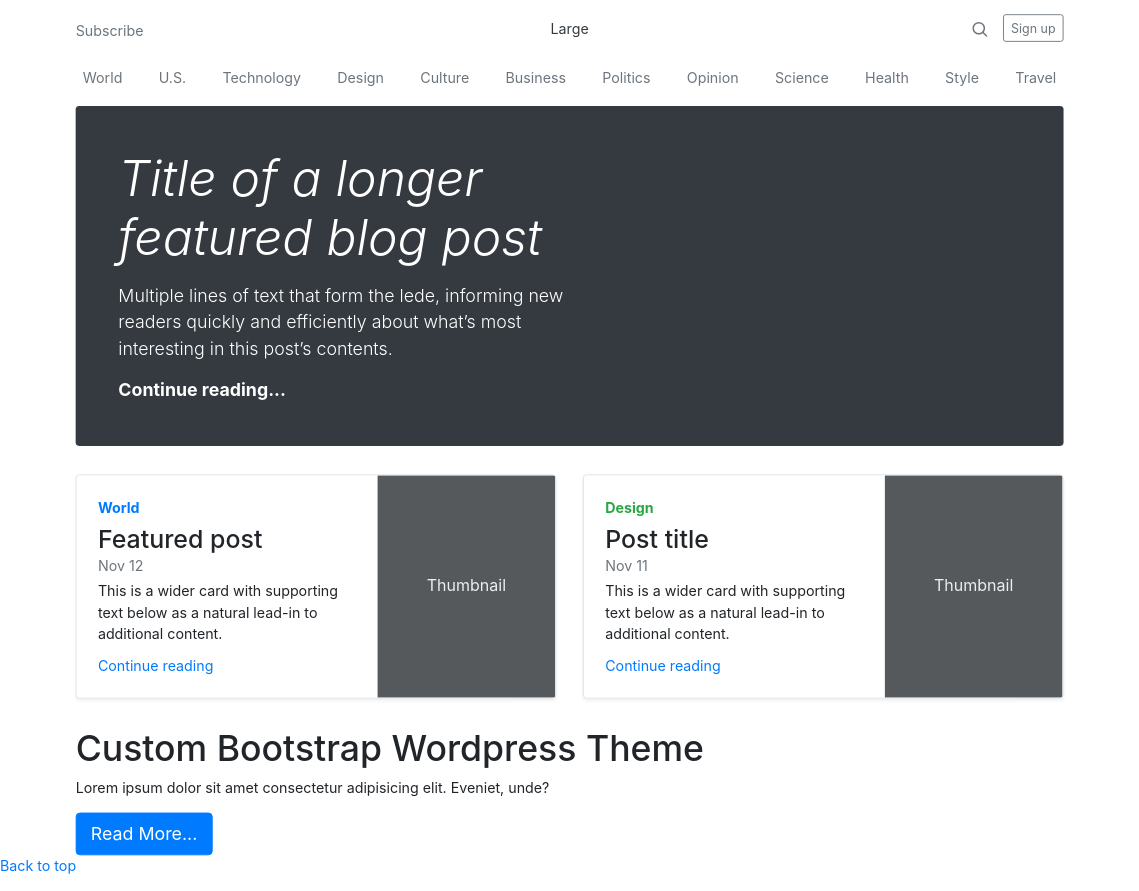
Repository: konstantin0s/wordpress-bootstrap
Page: Front.html
These files come from the project's save history. The page is drawn as it stood at one moment and after the next save; the edit follows.
The browser window is 1280 px wide. The pictures show the whole page, at 89% of full size.
Some web libraries are served in a nearby version.

Above is the page before, as saved 2019-05-14 18:09:33.

### Front.html

<!doctype html>
<html lang="en">
  <head>
    <meta charset="utf-8">
    <meta name="viewport" content="width=device-width, initial-scale=1, shrink-to-fit=no">
    <meta name="description" content="">
    <meta name="author" content="Mark Otto, Jacob Thornton, and Bootstrap contributors">
    <meta name="generator" content="Jekyll v3.8.5">
    <title>Blog Template · Bootstrap</title>

    <link rel="canonical" href="https://getbootstrap.com/docs/4.3/examples/blog/">

    <!-- Bootstrap core CSS -->
<link href="css/bootstrap.css" rel="stylesheet" integrity="sha384-ggOyR0iXCbMQv3Xipma34MD+dH/1fQ784/j6cY/iJTQUOhcWr7x9JvoRxT2MZw1T" crossorigin="anonymous">
<link rel="stylesheet" href="https://use.fontawesome.com/releases/v5.8.2/css/all.css" integrity="sha384-oS3vJWv+0UjzBfQzYUhtDYW+Pj2yciDJxpsK1OYPAYjqT085Qq/1cq5FLXAZQ7Ay" crossorigin="anonymous">

    <style>
      .bd-placeholder-img {
        font-size: 1.125rem;
        text-anchor: middle;
        -webkit-user-select: none;
        -moz-user-select: none;
        -ms-user-select: none;
        user-select: none;
      }

      @media (min-width: 768px) {
        .bd-placeholder-img-lg {
          font-size: 3.5rem;
        }
      }
    </style>
    <!-- Custom styles for this template -->
    <link href="https://fonts.googleapis.com/css?family=Playfair+Display:700,900" rel="stylesheet">
    <!-- Custom styles for this template -->
    <link href="css/style.css" rel="stylesheet">
  </head>
  <body>
    <div class="container">
  <header class="blog-header py-3">
    <div class="row flex-nowrap justify-content-between align-items-center">
      <div class="col-4 pt-1">
        <a class="text-muted" href="#">Subscribe</a>
      </div>
      <div class="col-4 text-center">
        <a class="blog-header-logo text-dark" href="#">Large</a>
      </div>
      <div class="col-4 d-flex justify-content-end align-items-center">
        <a class="text-muted" href="#">
          <svg xmlns="http://www.w3.org/2000/svg" width="20" height="20" fill="none" stroke="currentColor" stroke-linecap="round" stroke-linejoin="round" stroke-width="2" class="mx-3" role="img" viewBox="0 0 24 24" focusable="false"><title>Search</title><circle cx="10.5" cy="10.5" r="7.5"/><path d="M21 21l-5.2-5.2"/></svg>
        </a>
        <a class="btn btn-sm btn-outline-secondary" href="#">Sign up</a>
      </div>
    </div>
  </header>

  <div class="nav-scroller py-1 mb-2">
    <nav class="nav d-flex justify-content-between">
      <a class="p-2 text-muted" href="#">World</a>
      <a class="p-2 text-muted" href="#">U.S.</a>
      <a class="p-2 text-muted" href="#">Technology</a>
      <a class="p-2 text-muted" href="#">Design</a>
      <a class="p-2 text-muted" href="#">Culture</a>
      <a class="p-2 text-muted" href="#">Business</a>
      <a class="p-2 text-muted" href="#">Politics</a>
      <a class="p-2 text-muted" href="#">Opinion</a>
      <a class="p-2 text-muted" href="#">Science</a>
      <a class="p-2 text-muted" href="#">Health</a>
      <a class="p-2 text-muted" href="#">Style</a>
      <a class="p-2 text-muted" href="#">Travel</a>
    </nav>
  </div>

  <div class="jumbotron p-4 p-md-5 text-white rounded bg-dark">
    <div class="col-md-6 px-0">
      <h1 class="display-4 font-italic">Title of a longer featured blog post</h1>
      <p class="lead my-3">Multiple lines of text that form the lede, informing new readers quickly and efficiently about what’s most interesting in this post’s contents.</p>
      <p class="lead mb-0"><a href="#" class="text-white font-weight-bold">Continue reading...</a></p>
    </div>
  </div>

  <div class="row mb-2">
    <div class="col-md-6">
      <div class="row no-gutters border rounded overflow-hidden flex-md-row mb-4 shadow-sm h-md-250 position-relative">
        <div class="col p-4 d-flex flex-column position-static">
          <strong class="d-inline-block mb-2 text-primary">World</strong>
          <h3 class="mb-0">Featured post</h3>
          <div class="mb-1 text-muted">Nov 12</div>
          <p class="card-text mb-auto">This is a wider card with supporting text below as a natural lead-in to additional content.</p>
          <a href="#" class="stretched-link">Continue reading</a>
        </div>
        <div class="col-auto d-none d-lg-block">
          <svg class="bd-placeholder-img" width="200" height="250" xmlns="http://www.w3.org/2000/svg" preserveAspectRatio="xMidYMid slice" focusable="false" role="img" aria-label="Placeholder: Thumbnail"><title>Placeholder</title><rect width="100%" height="100%" fill="#55595c"/><text x="50%" y="50%" fill="#eceeef" dy=".3em">Thumbnail</text></svg>
        </div>
      </div>
    </div>
    <div class="col-md-6">
      <div class="row no-gutters border rounded overflow-hidden flex-md-row mb-4 shadow-sm h-md-250 position-relative">
        <div class="col p-4 d-flex flex-column position-static">
          <strong class="d-inline-block mb-2 text-success">Design</strong>
          <h3 class="mb-0">Post title</h3>
          <div class="mb-1 text-muted">Nov 11</div>
          <p class="mb-auto">This is a wider card with supporting text below as a natural lead-in to additional content.</p>
          <a href="#" class="stretched-link">Continue reading</a>
        </div>
        <div class="col-auto d-none d-lg-block">
          <svg class="bd-placeholder-img" width="200" height="250" xmlns="http://www.w3.org/2000/svg" preserveAspectRatio="xMidYMid slice" focusable="false" role="img" aria-label="Placeholder: Thumbnail"><title>Placeholder</title><rect width="100%" height="100%" fill="#55595c"/><text x="50%" y="50%" fill="#eceeef" dy=".3em">Thumbnail</text></svg>
        </div>
      </div>
    </div>
  </div>
</div>

<section id="showcase">
  <div class="container">
    <h1>Custom Bootstrap Wordpress Theme</h1>
    <p>
      Lorem ipsum dolor sit amet consectetur adipisicing elit. Eveniet, unde?

    </p>
    <a href="#" class="btn btn-primary btn-lg">Read More...</a>
  </div>
</section>

<section class="boxes">
  <div class="container">
    <div class="row">
      <div class="col-md-4">
        <div class="box">

        </div>
      </div>
    </div>
  </div>
</section>

<footer class="blog-footer">

  <p>
    <a href="#">Back to top</a>
  </p>
</footer>
</body>
</html>

Loaded but not shown: css/bootstrap.css (library); css/style.css (library)

After the next save:
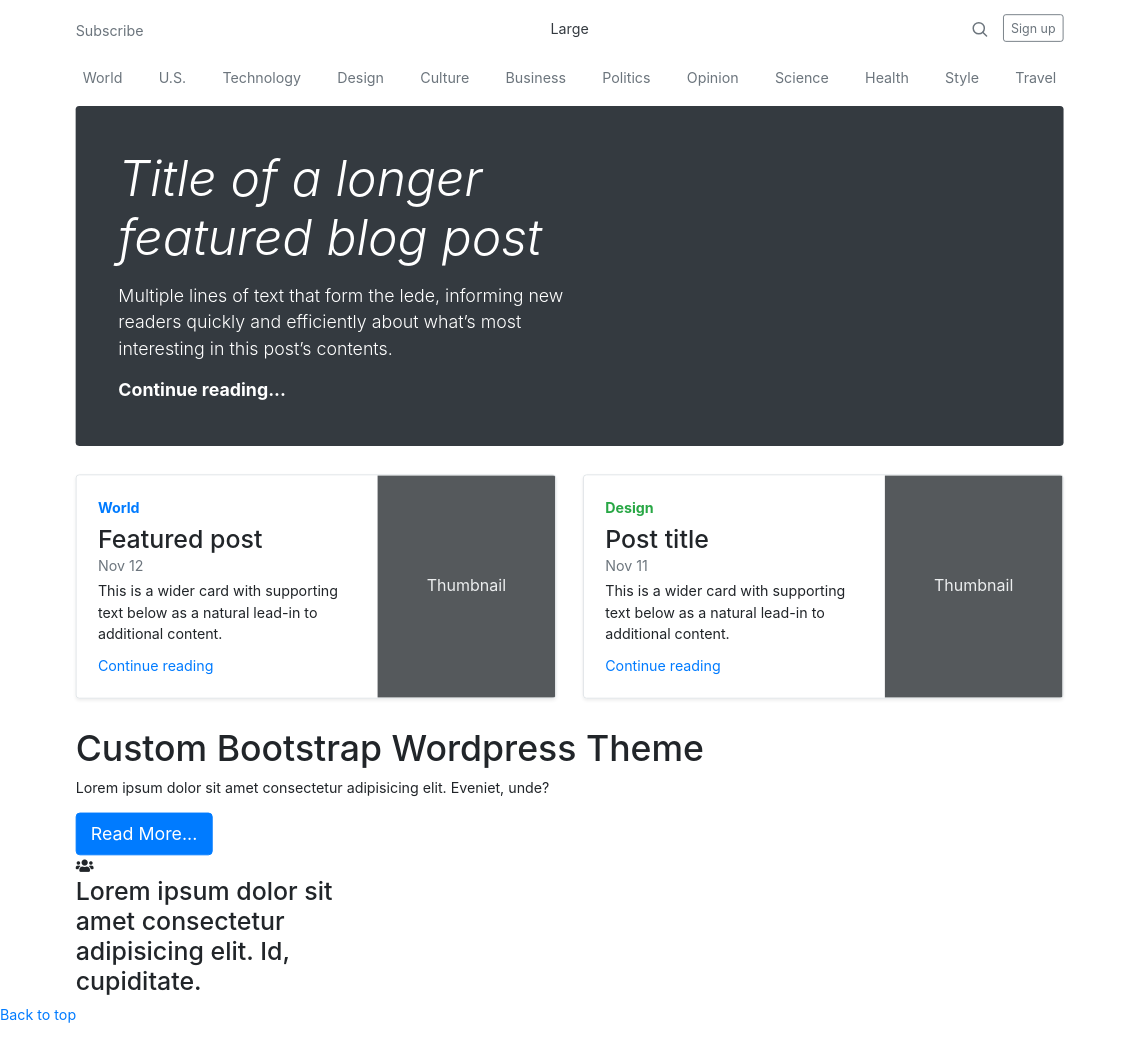
Saved 63 s later.
--- a/Front.html
+++ b/Front.html
@@ -128,7 +128,8 @@
     <div class="row">
       <div class="col-md-4">
         <div class="box">
-
+<i class="fa fa-users"></i>
+ <h3>Lorem ipsum dolor sit amet consectetur adipisicing elit. Id, cupiditate.</h3>
         </div>
       </div>
     </div>
